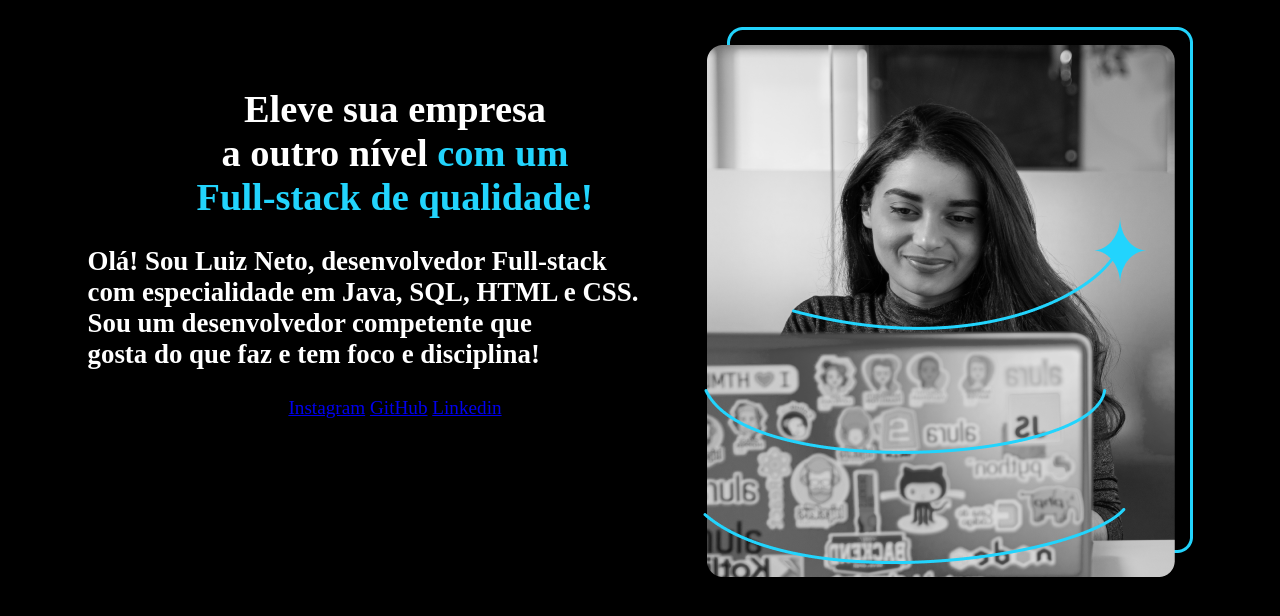
Repository: luiz123098/Sobre-mim-em-HTM-CSS
Page: htmlcss.html
The author's editor kept a copy of each file at every save. The page is drawn from the files as they stood at one save, then again after the next save.
The browser window is 1280 px wide. The pictures show the whole page.

Above is the page before, as saved 2023-03-08 14:30:54.

### htmlcss.html
</html>
<!DOCTYPE html>
<html lang="pt-br">
<head>
    <meta charset="UTF-8">
    <meta http-equiv="X-UA-Compatible" content="IE=edge">
    <meta name="viewport" content="width=device-width, initial-scale=1.0">
    <title>Projeto Estudos</title>
    <link rel="stylesheet" href="style.Css">
</head>
<body>
    <main>
        <div class="flex-container">
            <div
                class="parte_esquerda">
                <h1>
                    Eleve sua empresa<br>
                    a outro nível
                    <strong
                        class="texto_em_destaque">
                        com um<br>Full-stack de qualidade!
                    </strong>
                    <p class="biografia">
                        Olá! Sou Luiz Neto, desenvolvedor Full-stack<br>
                        com especialidade em Java, SQL, HTML e CSS.<br>
                        Sou um desenvolvedor competente que<br>
                        gosta do que faz e tem foco e disciplina!
                    </p>
                </h1>
                <a href="https://www.instagram.com/luiz.alencar2/">
                    Instagram</a>
                <a href="https://github.com/luiz123098">
                    GitHub</a>
                <a href="https://www.linkedin.com/in/luiz-neto-alencar-b843651a9/">
                    Linkedin</a>
            </div>
            <p class="segunda_box">
                <img src="Imagem.png" alt="Não foi possivel encontrar a imagem"><br>
            </p>
        </div>
    </main>
    <footer>

    </footer>
</body>

### style.Css
body{
    background-color: black;
    color: white;
    text-align: center;
}

.biografia{
    font-size: 70%;
    text-align: left;
}

.texto_em_destaque{
    color: #22D4FD;
}

.texto_editado{
    font-weight: bold;
}

.formacao{
    color: #22D4FD;
    border: 1px solid #22D4FD;
    padding: 10px;
}

div.parte_esquerda{
    text-align: center;
    height: 482px;
    width: 615px;
    left: 357px;
    top: 278px;
    border-color: #22D4FD;
    border-radius: 500px;
}

.flex-container {
    display: flex;
    /*isso centraliza o texto horizontalmente*/
    justify-content: center;
    /*isso centraliza o texto verticalmente*/
    align-items: center;

    border-radius: 500px;
    height: auto;
    color: #fff;
    font-size: 1.2rem;
}

After the next save:
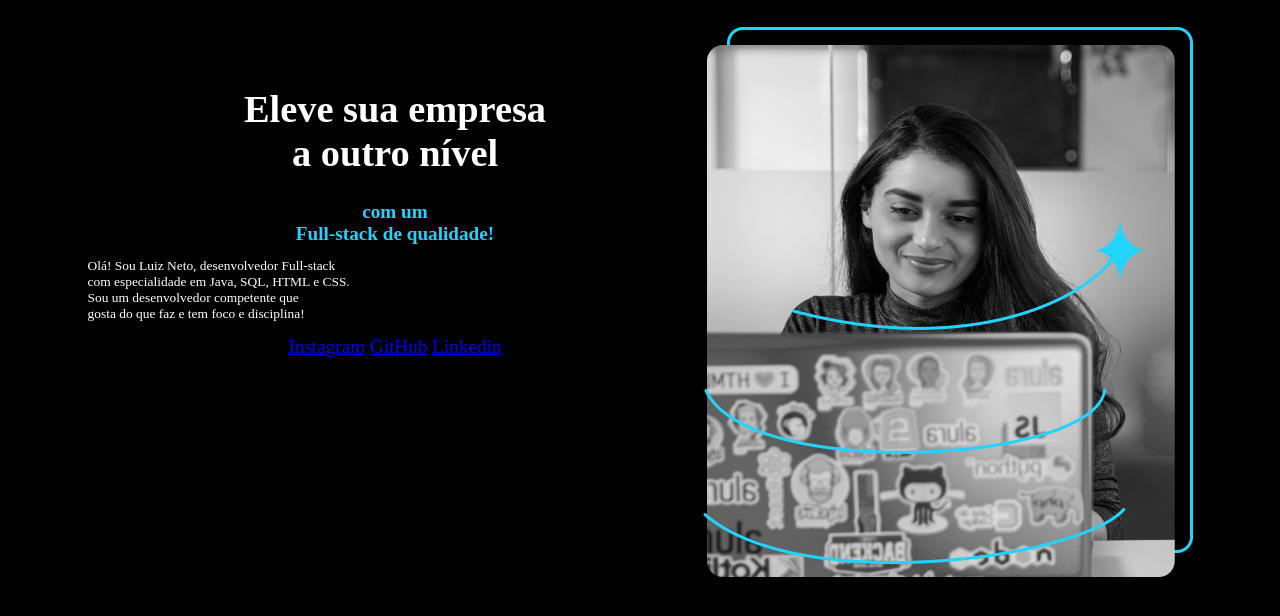
Saved 54 s later.
--- a/htmlcss.html
+++ b/htmlcss.html
@@ -16,6 +16,7 @@
                 <h1>
                     Eleve sua empresa<br>
                     a outro nível
+                </h1>
                     <strong
                         class="texto_em_destaque">
                         com um<br>Full-stack de qualidade!
